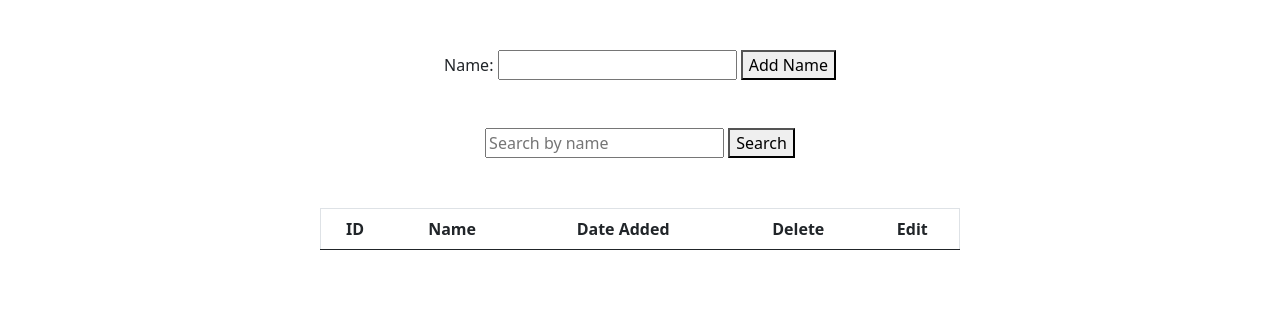
Repository: Theracon/Simple-mysql-node-app
Page: client/index.html
An editor plug-in stored every save of this project. The page is shown before and after the next save, followed by the edit.
The browser window is 1280 px wide. The pictures show the whole page.
The page's requests for data from a server got no answer.

Above is the page before, as saved 2021-06-04 21:03:08.

### client/index.html
<!DOCTYPE html>
<html lang="en">

<head>
    <meta charset="UTF-8">
    <meta http-equiv="X-UA-Compatible" content="IE=edge">
    <meta name="viewport" content="width=device-width, initial-scale=1.0">
    <link rel="stylesheet" href="stylesheet.css">
    <link href="https://cdn.jsdelivr.net/npm/bootstrap@5.0.1/dist/css/bootstrap.min.css" rel="stylesheet" integrity="sha384-+0n0xVW2eSR5OomGNYDnhzAbDsOXxcvSN1TPprVMTNDbiYZCxYbOOl7+AMvyTG2x" crossorigin="anonymous">
    <title>MySQL Node App</title>
</head>

<body>
    <main>
        <label>Name:</label>
        <input type="text" id="name-input">
        <button id="add-name-btn">Add Name</button>

        <br><br><br>

        <div>
            <input type="text" placeholder="Search by name" id="search-input">
            <button id="search-btn">Search</button>
        </div>

        <table id="table" class="table">
            <thead>
                <th>ID</th>
                <th>Name</th>
                <th>Date Added</th>
                <th>Delete</th>
                <th>Edit</th>
            </thead>
            <tbody></tbody>
        </table>

        <section id="update-row" hidden>
            <label>Name:</label>
            <input type="text" id="update-name-input">
            <button id="update-row-btn">Update</button>
        </section>
    </main>

    <script src="index.js"></script>
</body>

</html>

### client/stylesheet.css
main {
    width: 50%;
    margin: 50px auto;
    text-align: center;
}

table {
    margin: 50px auto;
}

table,
th,
td {
    border: 1px solid #000;
    border-collapse: collapse;
}

th,
td {
    padding: 5px;
}

### client/index.js
document.addEventListener('DOMContentLoaded', function() {
    fetch('http://localhost:5000/getAll')
        .then(response => response.json())
        .then(data => loadHTMLTable(data['data']));
});

document.querySelector('table tbody').addEventListener('click', e => {
    if (e.target.className === 'delete-row-btn') {
        deleteRowById(e.target.dataset.id);
    }
});

function deleteRowById(id) {
    fetch('http://localhost:5000/delete/' + id, { method: 'DELETE' })
        .then(response => response.json())
        .then(data => {
            if (data.success) {
                location.reload();
            }
        });
}

const addBtn = document.querySelector('#add-name-btn');

addBtn.onclick = function() {
    const nameInput = document.querySelector('#name-input');
    const name = nameInput.value;
    nameInput.value = '';
    nameInput.focus();

    fetch('http://localhost:5000/insert', {
            headers: {
                'Content-type': 'application/json'
            },
            method: 'POST',
            body: JSON.stringify({ name: name })
        })
        .then(response => response.json())
        .then(data => {
            insertRowIntoTable(data['data'])
        });
}

function insertRowIntoTable(data) {
    const table = document.querySelector('table tbody');
    const isTableEmpty = document.querySelector('.no-data');

    let tableHTML = "<tr>";

    for (let key in data) {
        if (data.hasOwnProperty(key)) {
            if (key === 'dateAdded') {
                data[key] = new Date(data[key]).toLocaleString();
            }
            tableHTML += `<td>${data[key]}</td>`;
        }
    }

    tableHTML += `<td><button class="delete-row-btn" data-id=${data.id}>Delete</button></td>`;
    tableHTML += `<td><button class="edit-row-btn" data-id=${data.id}>Edit</button></td>`;

    tableHTML += "</tr>";

    if (isTableEmpty) {
        table.innerHTML = tableHTML;
    } else {
        const newTableRow = table.insertRow();
        newTableRow.innerHTML = tableHTML;
    }
}

function loadHTMLTable(data) {
    const table = document.querySelector('table tbody');

    if (data.length === 0) {
        table.innerHTML = "<><td class='no-data' colspan='5'>No Data</td></>";
    } else {
        let tableHTML = "";

        data.forEach(({ id, name, date_added }) => {
            tableHTML += "<tr>";
            tableHTML += `<td>${id}</td>`;
            tableHTML += `<td>${name}</td>`;
            tableHTML += `<td>${new Date(date_added).toLocaleString()}</td>`;
            tableHTML += `<td><button class="delete-row-btn" data-id=${id}>Delete</button></td>`;
            tableHTML += `<td><button class="edit-row-btn" data-id=${id}>Edit</button></td>`;
            tableHTML += "</tr>";
        });

        table.innerHTML = tableHTML;
    }
}

After the next save:
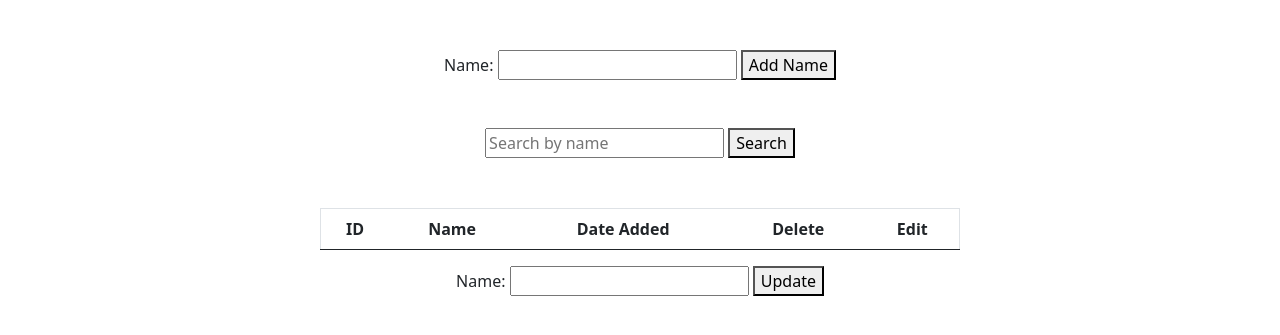
Saved 5 s later.
--- a/client/index.html
+++ b/client/index.html
@@ -34,7 +34,7 @@
             <tbody></tbody>
         </table>
 
-        <section id="update-row" hidden>
+        <section id="update-row" aria-hidden>
             <label>Name:</label>
             <input type="text" id="update-name-input">
             <button id="update-row-btn">Update</button>

After the save that followed:
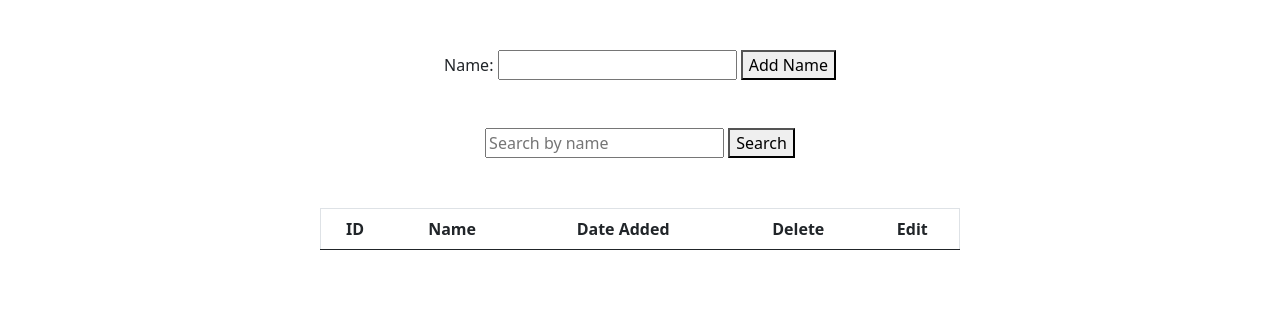
Saved 6 s later.
--- a/client/index.html
+++ b/client/index.html
@@ -34,7 +34,7 @@
             <tbody></tbody>
         </table>
 
-        <section id="update-row" aria-hidden>
+        <section id="update-row" hidden>
             <label>Name:</label>
             <input type="text" id="update-name-input">
             <button id="update-row-btn">Update</button>
